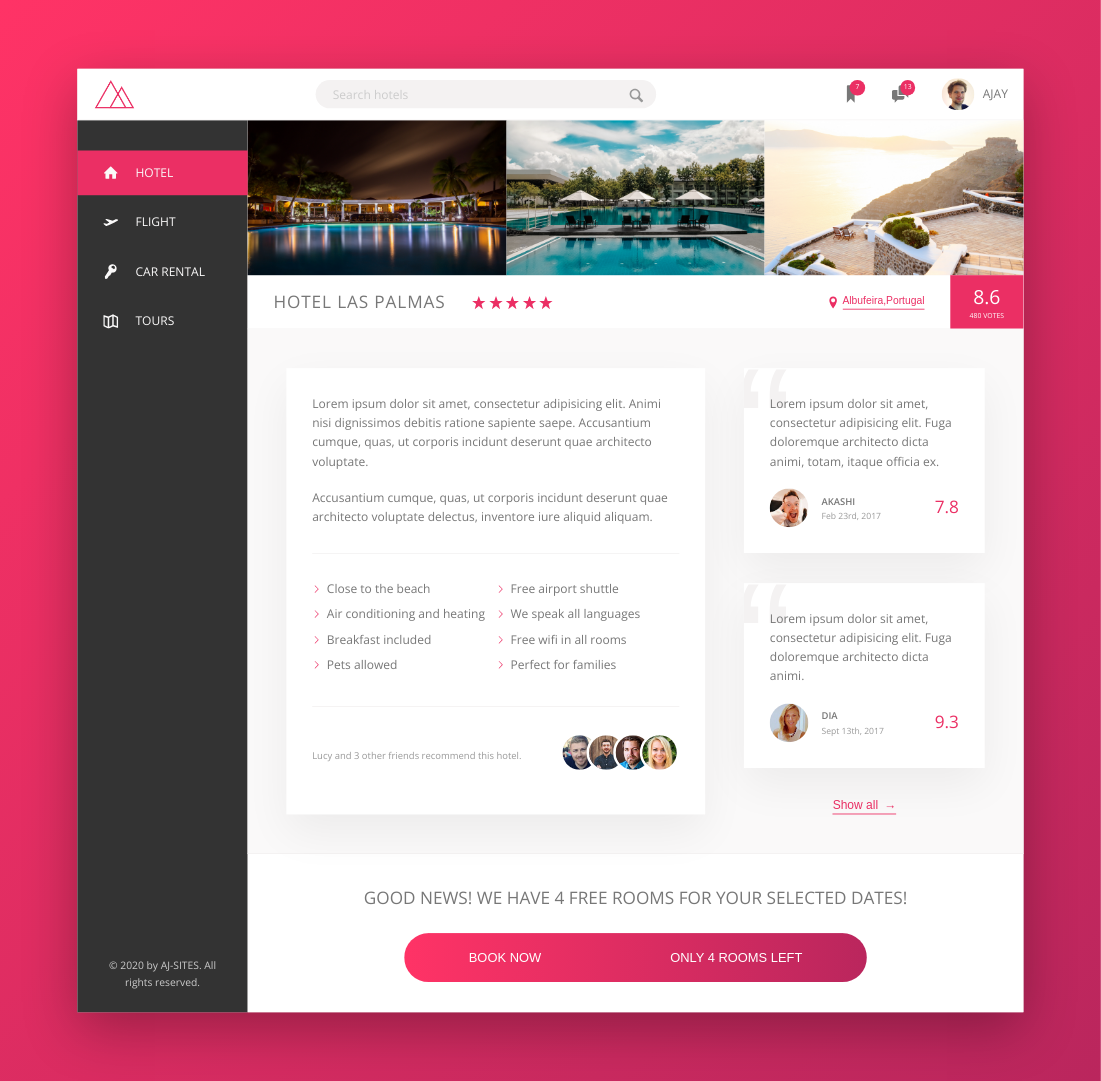
Repository: ajayaj2001/modern-Hotel
Page: /
These files come from the project's save history. The page is drawn as it stood at one moment and after the next save; the edit follows.
The browser window is 1280 px wide. The pictures show the whole page, at 86% of full size.
The project was rebuilt for these pictures with package versions that can differ from the ones it lists, and the page was loaded fresh each time.

Above is the page before, as saved 2020-12-14 10:53:23.

### public/index.html
<!DOCTYPE html>
<html lang="en">

<head>
  <meta charset="utf-8" />
  <link rel="icon" href="%PUBLIC_URL%/favicon.ico" />
  <meta name="viewport" content="width=device-width, initial-scale=1" />
  <meta name="theme-color" content="#000000" />
  <meta name="description" content="Web site created using create-react-app" />
  <link rel="apple-touch-icon" href="%PUBLIC_URL%/logo192.png" />
  <link rel="preconnect" href="https://fonts.gstatic.com">
  <link href="https://fonts.googleapis.com/css2?family=Open+Sans:wght@300;400;600&display=swap" rel="stylesheet">
  <!--
      manifest.json provides metadata used when your web app is installed on a
      user's mobile device or desktop. See https://developers.google.com/web/fundamentals/web-app-manifest/
    -->
  <link rel="manifest" href="%PUBLIC_URL%/manifest.json" />
  <!--
      Notice the use of %PUBLIC_URL% in the tags above.
      It will be replaced with the URL of the `public` folder during the build.
      Only files inside the `public` folder can be referenced from the HTML.

      Unlike "/favicon.ico" or "favicon.ico", "%PUBLIC_URL%/favicon.ico" will
      work correctly both with client-side routing and a non-root public URL.
      Learn how to configure a non-root public URL by running `npm run build`.
    -->
  <title>React App</title>
</head>

<body>
  <noscript>You need to enable JavaScript to run this app.</noscript>
  <div id="root"></div>
  <!--
      This HTML file is a template.
      If you open it directly in the browser, you will see an empty page.

      You can add webfonts, meta tags, or analytics to this file.
      The build step will place the bundled scripts into the <body> tag.

      To begin the development, run `npm start` or `yarn start`.
      To create a production bundle, use `npm run build` or `yarn build`.
    -->
</body>

</html>

### src/index.js
import React from 'react';
import ReactDOM from 'react-dom';
import './index.scss';
import App from '../src/app/App';

ReactDOM.render(
  <React.StrictMode>
    <App />
  </React.StrictMode>,
  document.getElementById('root')
);

### src/index.scss
@import "../src/scss/reuse.scss";
* {
  margin: 0;
  padding: 0;
}
:root {
  --color-primary: #eb2f64;
  --color-primary-light: #ff3366;
  --color-primary-dark: #ba265d;

  --color-gray-light-1: #faf9f9;
  --color-gray-light-2: #f4f2f2;
  --color-gray-light-3: #f0eeee;
  --color-gray-light-4: #ccc;

  --color-gray-dark-1: #333;
  --color-gray-dark-2: #777;
  --color-gray-dark-3: #999;

  --line: 1px solid var(--color-gray-light-2);
  --shadow-light: 0 2rem 5rem rgba(0, 0, 0, 0.06);
}
*,
*::before,
*::after {
  box-sizing: inherit;
}
html {
  box-sizing: border-box;
  font-size: 62.5%; //1rem=10px 10px/16px=62.5%
}
body {
  font-family: "Open Sans", sans-serif;
  -webkit-font-smoothing: antialiased;
  -moz-osx-font-smoothing: grayscale;
  font-family: "Open Sans", sans-serif;
  font-weight: 400;
  line-height: 1.6;
  background-image: linear-gradient(to right bottom, var(--color-primary-light), var(--color-primary-dark));
  background-size: cover;
  background-repeat: no-repeat;
  min-height: 100vh;
  color: var(--color-gray-dark-2);
}

### src/app/App.js
import React from 'react';
import Header from '../header/Header';
import Navigation from '../navigation/Navigation'
import Hotelview from '../hotel-view/Hotelview'
import './App.scss';
function App() {
  return (
    <div className="container">
      <Header />
      <div className="content">
        <Navigation />
        <Hotelview />
      </div>
    </div>
  );
}

export default App;

### src/scss/reuse.scss
// variables

// $primary: #eb2f64;
// $primary-light: #ff3366;
// $primary-dark: #ba265d;

// $gray-light-1: #faf9f9;
// $gray-light-2: #f4f2f2;
// $gray-light-3: #f0eeee;

// $gray-dark-1: #333;
// $gray-dark-2: #777;
// $gray-dark-3: #999;

### src/header/Header.js
import React from 'react'
import './Header.scss';
import logo from '../img/logo.png';
import user from '../img/user.jpg';
import svg from '../img/sprite.svg'
const Header = () => {
    return (
        <div className="header">
            <img src={logo} alt="logo" className="logo" />

            <form action="#" className="search">
                <input type="text" className="search__input" placeholder="Search hotels" />
                <button className="search__button">
                    <svg className="search__icon">
                        <use xlinkHref={`${svg}#icon-magnifying-glass`}></use>
                    </svg>
                </button>
            </form>
            <nav className="user-nav">
                <div className="user-nav__icon-box">
                    <svg className="user-nav__icon">
                        <use xlinkHref={`${svg}#icon-bookmark`}></use>
                    </svg>
                    <span className="user-nav__notification">7</span>
                </div>
                <div className="user-nav__icon-box">
                    <svg className="user-nav__icon">
                        <use xlinkHref={`${svg}#icon-chat`}></use>
                    </svg>
                    <span className="user-nav__notification">13</span>
                </div>
                <div className="user-nav__user">
                    <img src={user} alt="user-profile" className="user-nav__user-photo" />
                    <span className="user-nav__user-name">AJAY</span>
                </div>
            </nav>
        </div>
    )
}

export default Header

### src/navigation/Navigation.js
import React from 'react'
import './Navigation.scss'
import svg from '../img/sprite.svg'
const Navigation = () => {
    return (
        <React.Fragment>
            <nav className="sidebar">
                <ul className="side-nav">
                    <li className="side-nav__item side-nav__item--active">
                        <a href="#home" className="side-nav__link">
                            <svg className="side-nav__icon">
                                <use xlinkHref={`${svg}#icon-home`}></use>
                            </svg>
                            <span className="side-nav__text">hotel</span>
                        </a>
                    </li>
                    <li className="side-nav__item">
                        <a href="#flight" className="side-nav__link">
                            <svg className="side-nav__icon">
                                <use xlinkHref={`${svg}#icon-aircraft-take-off`}></use>
                            </svg>
                            <span className="side-nav__text">flight</span>
                        </a>
                    </li>
                    <li className="side-nav__item">
                        <a href="#car-rental" className="side-nav__link">
                            <svg className="side-nav__icon">
                                <use xlinkHref={`${svg}#icon-key`}></use>
                            </svg>
                            <span className="side-nav__text">car rental</span>
                        </a>
                    </li>
                    <li className="side-nav__item">
                        <a href="#tours" className="side-nav__link">
                            <svg className="side-nav__icon">
                                <use xlinkHref={`${svg}#icon-map`}></use>
                            </svg>
                            <span className="side-nav__text">tours</span>
                        </a>
                    </li>
                </ul>
                <div className="legal">
                    &copy; 2020 by AJ-SITES. All rights reserved.
                </div>
            </nav>
        </React.Fragment>
    )
}

export default Navigation

### src/hotel-view/Hotelview.js
import React from 'react'
import Actionbutton from './button/Actionbutton'
import Detail from './detail/Detail'
import './Hotelview.scss'
import Overview from './overview/Overview'
const Hotelview = () => {
    return (
        <React.Fragment>
            <main className="hotelview">
                <Overview />
                <Detail />
                <Actionbutton />
            </main>
        </React.Fragment>
    )
}

export default Hotelview

### src/app/App.scss
.container {
    max-width: 110rem;
    margin: 8rem auto;
    background-color: var(--color-gray-light-2);
    box-shadow: 0 2rem 6rem rgba(black, 0.3);
    min-height: 50rem;
}
.content {
    display: flex;
}

### src/header/Header.scss
.header {
    height: 6rem;
    background-color: #fff;
    border-bottom: var(--line);
    display: flex;
    justify-content: space-between;
    align-items: center;
}
.logo {
    height: 3.25rem;
    margin-left: 2rem;
}
.search {
    display: flex;
    flex: 0 0 40%;
    align-items: center;
    justify-content: center;

    &__input {
        font-family: inherit;
        font-size: 1.4rem;
        color: inherit;
        background-color: var(--color-gray-light-2);
        border: none;
        padding: 0.7rem 2rem;
        border-radius: 10rem;
        width: 90%;
        transition: all 0.3s;
        margin-right: -3.25rem;
        &:focus {
            outline: none;
            width: 100%;
            background-color: var(--color-gray-light-3);
        }
        &::-webkit-input-placeholder {
            font-weight: 100;
            color: var(--color-gray-light-4);
        }
    }
    &__input:focus + &__button {
        background-color: var(--color-gray-light-3);
    }
    &__button {
        height: 2.8rem;
        border: none;
        background-color: var(--color-gray-light-2);
        &:focus {
            outline: none;
        }
        &:active {
            transform: translateY(2px);
        }
    }
    &__icon {
        height: 3rem;
        width: 2rem;
        fill: var(--color-gray-dark-3);
    }
}

.user-nav {
    align-self: stretch;
    display: flex;
    align-items: center;
    cursor: pointer;
    & > * {
        height: 100%;
        padding: 0 1.8rem;
        display: flex;
        align-items: center;
    }
    & > *:hover {
        background-color: var(--color-gray-light-2);
    }
    &__icon-box {
        position: relative;
    }
    &__icon {
        height: 2.25rem;
        width: 2.25rem;
        fill: var(--color-gray-dark-2);
    }
    &__notification {
        font-size: 0.8rem;
        height: 1.75rem;
        width: 1.75rem;
        border-radius: 50%;
        background-color: var(--color-primary);
        color: #fff;
        position: absolute;
        top: 1.3rem;
        right: 1.3rem;
        display: flex;
        justify-content: center;
        align-items: center;
    }
    &__user-photo {
        height: 3.75rem;
        border-radius: 50%;
        margin-right: 1rem;
    }
    &__user-name {
        font-size: 1.4rem;
    }
}

### src/navigation/Navigation.scss
.sidebar {
    background-color: var(--color-gray-dark-1);
    flex: 0 0 18%;
    display: flex;
    flex-direction: column;
    justify-content: space-between;
}
.side-nav {
    font-size: 1.4rem;
    list-style: none;
    margin-top: 3.5rem;
    &__item {
        position: relative;
        &:not(:last-child) {
            margin-bottom: 0.5rem;
        }
    }
    &__item::before {
        content: "";
        position: absolute;
        top: 0;
        left: 0;
        height: 100%;
        width: 3px;
        background-color: var(--color-primary);
        transform: scaleY(0);
        transition: transform 0.2s, width 0.4s cubic-bezier(1, 0, 0, 1) 0.2s, background-color 0.1s;
    }
    &__item:hover::before,
    &__item--active::before {
        transform: scaleY(1);
        width: 100%;
    }
    &__item:active::before {
        background-color: var(--color-primary-light);
    }
    &__link:link,
    &__link:visited {
        position: relative;
        color: var(--color-gray-light-1);
        text-decoration: none;
        text-transform: uppercase;
        display: block;
        padding: 1.5rem 3rem;
        display: flex;
        align-items: center;
        z-index: 20;
    }
    &__icon {
        width: 1.75rem;
        height: 1.75rem;
        fill: currentColor;
        margin-right: 2rem;
    }
}
.legal {
    font-size: 1.2rem;
    text-align: center;
    padding: 2.5rem;
    color: var(--color-gray-light-4);
}

### src/hotel-view/button/Actionbutton.js
import React from 'react'
import './Actionbutton.scss'
const Actionbutton = () => {
    return (
        <div>
            <div className="cta">
                <h2 className="cta__book-now">
                    GOOD NEWS! WE HAVE 4 FREE ROOMS FOR YOUR SELECTED DATES!
                </h2>
                <button className="btn">
                    <span className="btn__visible">Book now</span>
                    <span className="btn__visible"> only 4 rooms left</span>
                </button>
            </div>
        </div>
    )
}

export default Actionbutton

### src/hotel-view/Hotelview.scss
.hotelview {
    background-color: #fff;
    flex: 1;
}

### src/hotel-view/overview/Overview.js
import React from 'react'
import './Overview.scss'
import hotel1 from '../../img/hotel-1.jpg'
import hotel2 from '../../img/hotel-2.jpg'
import hotel3 from '../../img/hotel-3.jpg'
import svg from '../../img/sprite.svg'
const Overview = () => {
    return (
        <React.Fragment>
            <div className="gallery">
                <figure className="gallery__item">
                    <img src={hotel1} alt="hotel building" className="gallery__photo" />
                </figure>
                <figure className="gallery__item">
                    <img src={hotel2} alt="hotel building" className="gallery__photo" />
                </figure>
                <figure className="gallery__item">
                    <img src={hotel3} alt="hotel building" className="gallery__photo" />
                </figure>
            </div>
            <div className="overview">
                <h1 className="overview__heading">
                    HOTEL LAS PALMAS
                </h1>
                <div className="overview__stars">
                    <svg className="overview__icon-star">
                        <use xlinkHref={`${svg}#icon-star`}></use>
                    </svg>
                    <svg className="overview__icon-star">
                        <use xlinkHref={`${svg}#icon-star`}></use>
                    </svg>
                    <svg className="overview__icon-star">
                        <use xlinkHref={`${svg}#icon-star`}></use>
                    </svg>
                    <svg className="overview__icon-star">
                        <use xlinkHref={`${svg}#icon-star`}></use>
                    </svg>
                    <svg className="overview__icon-star">
                        <use xlinkHref={`${svg}#icon-star`}></use>
                    </svg>
                </div>
                <div className="overview__location">
                    <svg className="overview__icon-location">
                        <use xlinkHref={`${svg}#icon-location-pin`}></use>
                    </svg>
                    <button className="btn-inline">Albufeira,Portugal</button>
                </div>
                <div className="overview__rating">
                    <div className="overview__rating-average">8.6</div>
                    <div className="overview__rating-count">480 votes</div>
                </div>
            </div>
        </React.Fragment>
    )
}

export default Overview

### src/hotel-view/button/Actionbutton.scss
.cta {
    padding: 3.5rem 5rem;
    text-align: center;
    &__book-now {
        text-transform: uppercase;
        font-size: 2rem;
        font-weight: 300;
        margin-bottom: 2.5rem;
    }
}
.btn {
    position: relative;
    font-size: 1.5rem;
    font-weight: 300;
    text-transform: uppercase;
    border-radius: 10rem;
    border: none;
    background-image: linear-gradient(to right, var(--color-primary-light), var(--color-primary-dark));
    color: #fff;
    &__visible {
        display: inline-block;
        padding: 2rem 7.5rem;
    }
    &__invisible {
        display: inline-block;
        position: absolute;
        left: 0;
        top: -100%;
        padding: 2rem 7.5rem;
        height: 100%;
        width: 100%;
    }
}

### src/hotel-view/detail/Detail.scss
.detail {
    display: flex;
    padding: 4.5rem;
    background-color: var(--color-gray-light-1);
    border-bottom: var(--line);
    font-size: 1.4rem;
}
.description {
    flex: 0 0 60%;
    background-color: #fff;
    margin-right: 4.5rem;
    box-shadow: var(--shadow-light);
    padding: 3rem;
}
.user-review {
    flex: 1;
    display: flex;
    flex-direction: column;
    align-items: center;
}
.paragraph:not(:last-of-type) {
    margin-bottom: 2rem;
}
.list {
    margin: 3rem 0;
    list-style: none;
    padding: 3rem 0;
    border-top: var(--line);
    border-bottom: var(--line);
    display: flex;
    flex-wrap: wrap;
    &__item {
        width: 50%;
        margin-bottom: 0.7rem;
    }
    &__item::before {
        content: "";
        display: inline-block;
        height: 1rem;
        width: 1rem;
        margin-right: 0.7rem;
        // background-image: url(../../img/chevron-thin-right.svg);
        // background-size: cover;
        background-color: var(--color-primary);
        -webkit-mask-image: url(../../img/chevron-thin-right.svg);
        -webkit-mask-size: cover;
        mask-image: url(../../img/chevron-thin-right.svg);
        mask-size: cover;
    }
}
.recommend {
    font-size: 1.1rem;
    color: var(--color-gray-dark-3);
    display: flex;
    align-items: center;
    // justify-content: space-between;
    &__count {
        margin-right: auto;
    }
    &__photo {
        box-sizing: content-box;
        height: 4rem;
        width: 4rem;
        border-radius: 50%;
        border: 3px solid #fff;
        &:not(:last-child) {
            margin-right: -1.5rem;
        }
    }
}

### src/hotel-view/detail/review/Review.js
import React from 'react'
import './Review.scss'
const Review = (props) => {
    return (
        <React.Fragment>
            <figure className="review" >
                <blockquote className="review__text">
                    {props.text}
                </blockquote>
                <figcaption className="review__user">
                    <img src={props.image} alt="reviewer" className="review__photo" />
                    <div className="review__user-box">
                        <p className="review__user-name">{props.name}</p>
                        <p className="review__user-date">{props.date}</p>
                    </div>
                    <div className="review__rating">{props.rating}</div>
                </figcaption>
            </figure>
        </React.Fragment>
    )
}

export default Review

### src/hotel-view/overview/Overview.scss
.gallery {
    display: flex;
    &__photo {
        width: 100%;
        display: block;
    }
}

.overview {
    background-color: white;
    display: flex;
    align-items: center;
    border-bottom: var(--line);
    &__heading {
        font-size: 2rem;
        font-weight: 300;
        text-transform: uppercase;
        letter-spacing: 1px;
        padding: 1.5rem 3rem;
    }
    &__stars {
        margin-right: auto;
        display: flex;
    }
    &__icon-star,
    &__icon-location {
        width: 1.75rem;
        height: 1.75rem;
        fill: var(--color-primary);
        margin-right: 0.2rem;
    }
    &__location {
        font-size: 1.2rem;
        display: flex;
        align-items: center;
    }
    &__rating {
        align-self: stretch;
        align-items: center;
        background-color: var(--color-primary);
        padding: 0 2.25rem;
        color: #fff;

        display: flex;
        flex-direction: column;
        align-items: center;
        justify-content: center;
        margin-left: 3rem;
        &-average {
            font-size: 2.25rem;
            font-weight: 300;
            margin-bottom: -3px;
        }
        &-count {
            font-size: 0.8rem;
            text-transform: uppercase;
        }
    }
}

.btn-inline {
    border: none;
    color: var(--color-primary);
    font-size: inherit;
    border-bottom: 1px solid currentColor;
    padding-bottom: 2px;
    display: inline-block;
    background-color: transparent;
    cursor: pointer;
    transition: all 0.2s;
    &:hover {
        color: var(--color-gray-dark-1);
        span {
            margin-left: 0.8rem;
            transition: margin-left 0.2s;
        }
    }

    &:focus {
        outline: none;
        animation: pulsate 1s infinite;
    }
    & span {
        margin-left: 3px;
    }
}

@keyframes pulsate {
    0% {
        transform: scale(1);
        box-shadow: none;
    }
    50% {
        transform: scale(1.03);
        box-shadow: 0 1rem 1rem rgba(0, 0, 0, 0.25);
    }
    100% {
        transform: scale(1);
        box-shadow: none;
    }
}

### src/hotel-view/detail/review/Review.scss
.review {
    background-color: #fff;
    box-shadow: var(--shadow-light);
    padding: 3rem;
    margin-bottom: 3.5rem;
    position: relative;
    overflow: hidden;
    &__text {
        margin-bottom: 2rem;
        z-index: 10;
        position: relative;
    }
    &__user {
        display: flex;
        align-items: center;
    }
    &__user-box {
        padding: 0 1.5rem;
    }
    &__user-name {
        font-size: 1.1rem;
        font-weight: 600;
        text-transform: uppercase;
    }
    &__user-date {
        font-size: 1rem;
        color: var(--color-gray-dark-3);
    }
    &__photo {
        height: 4.5rem;
        width: 4.5rem;
        border-radius: 50%;
    }
    &__rating {
        margin-left: auto;
        font-size: 2rem;
        color: var(--color-primary);
        font-weight: 300;
    }
    &::before {
        content: "\201C";
        position: absolute;
        top: -3rem;
        left: -1rem;
        font-size: 20rem;
        color: var(--color-gray-light-2);
        font-family: sans-serif;
        line-height: 1;
        z-index: 1;
    }
}

Loaded but not shown: src/hotel-view/detail/Detail.js (69 lines, source omitted)

After the next save:
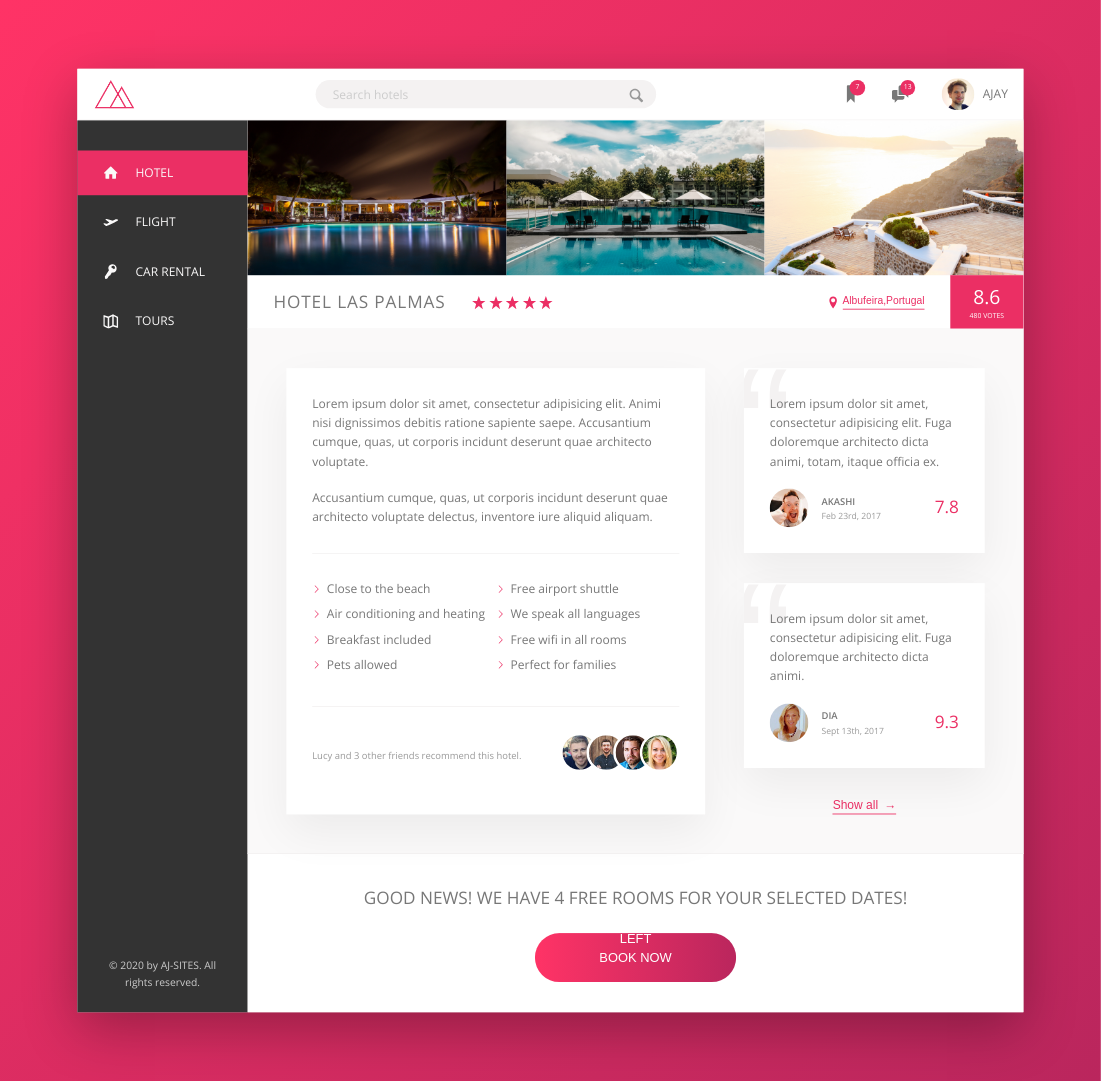
Saved 25 s later.
--- a/src/hotel-view/button/Actionbutton.js
+++ b/src/hotel-view/button/Actionbutton.js
@@ -9,7 +9,7 @@ const Actionbutton = () => {
                 </h2>
                 <button className="btn">
                     <span className="btn__visible">Book now</span>
-                    <span className="btn__visible"> only 4 rooms left</span>
+                    <span className="btn__invisible"> only 4 rooms left</span>
                 </button>
             </div>
         </div>
